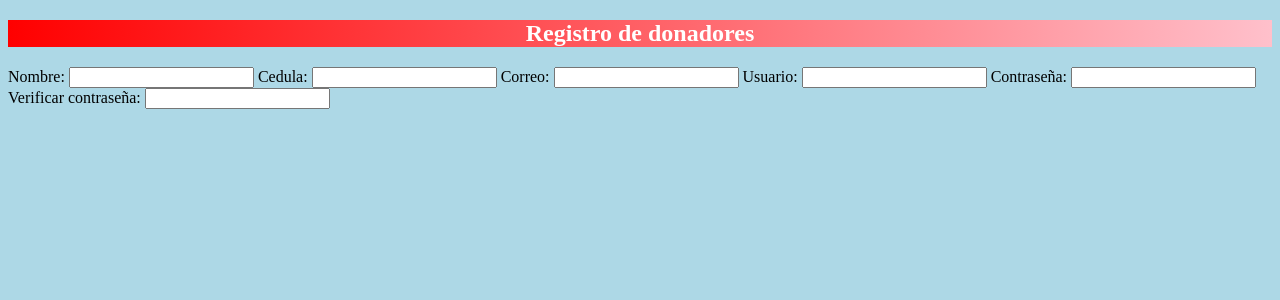
Repository: sonicspeed1/examen1_codigo_bryansantillan
Page: http://localhost/examen_1_bryan_santillan/registro_donadores.jsp
The author's editor kept a copy of each file at every save. The page is drawn from the files as they stood at one save, then again after the next save.
The browser window is 1280 px wide. The pictures show the whole page.
The page is served by Tomcat 9.

Above is the page before, as saved 2024-05-25 17:38:31.

After the next save:
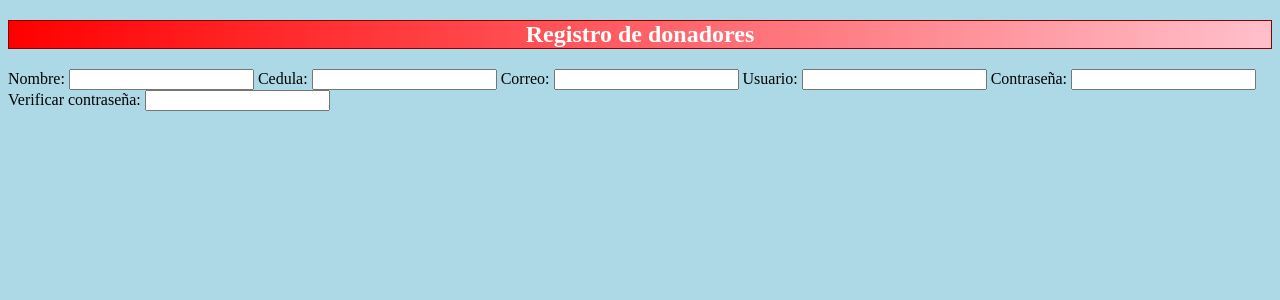
Saved 34 s later.
--- a/examen_1_bryan_santillan/src/main/webapp/estilo.css
+++ b/examen_1_bryan_santillan/src/main/webapp/estilo.css
@@ -19,6 +19,7 @@
 	    background: linear-gradient(to right,red,pink);
 	    text-align:center;
 	    color: white;
+	     border: 1px solid darkred;
 }
 .titulo{
 	color: white;
